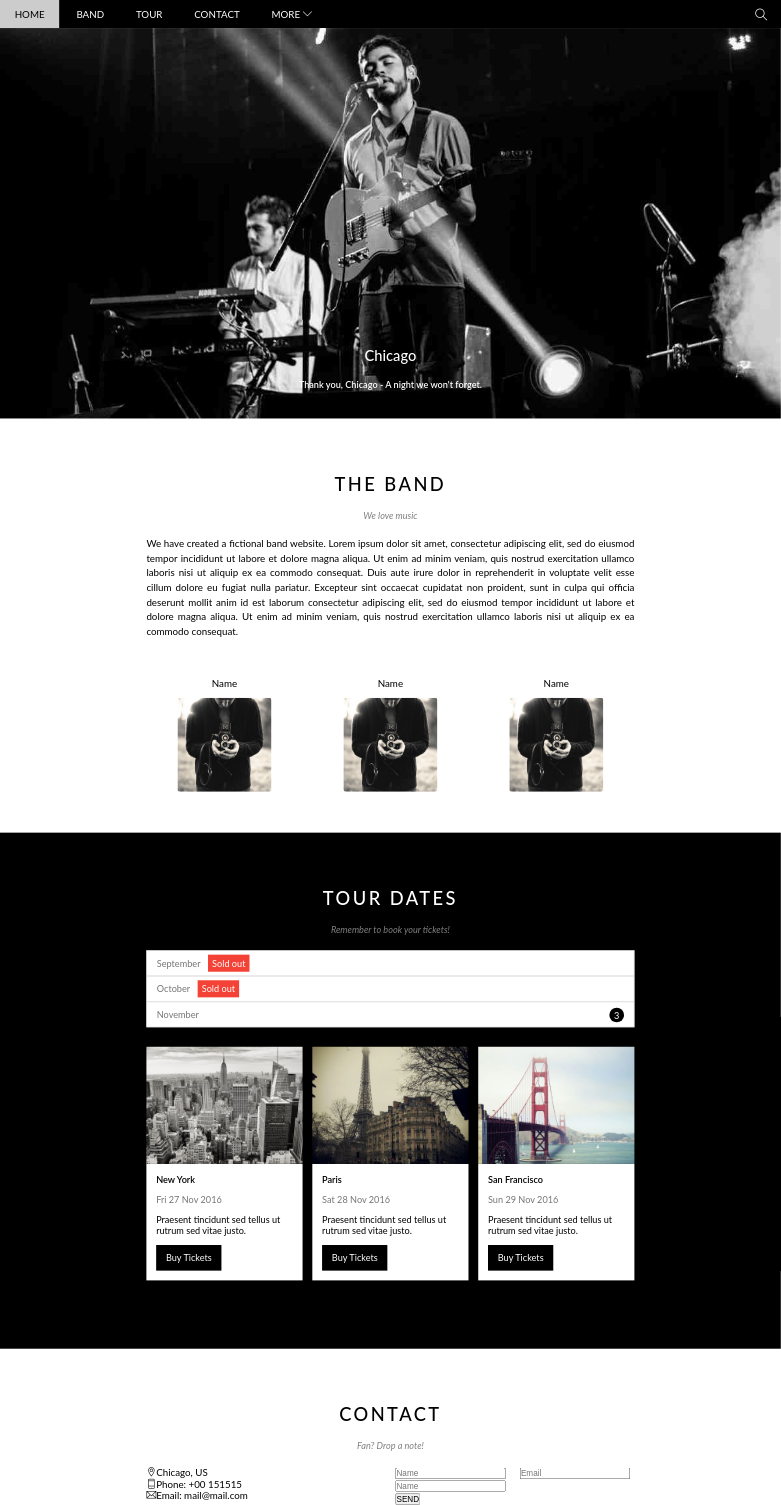
Repository: tatvanhco/web-dau-tay
Page: index.html
An editor plug-in stored every save of this project. The page is shown before and after the next save, followed by the edit.
The browser window is 1280 px wide. The pictures show the whole page, at 61% of full size.

Above is the page before, as saved 2022-01-23 21:12:58.

### index.html
<!DOCTYPE html>
<html lang="en">
<head>
    <meta charset="UTF-8">
    <!-- <meta http-equiv="X-UA-Compatible" content="IE=edge"> -->
    <meta name="viewport" content="width=device-width, initial-scale=1.0">
    <title>the band</title>
    <link rel="shortcut icon" href="./assets/img/band/logo.png" type="image/x-icon">
    <link rel="stylesheet" href="./assets/fronts/themify-icons/themify-icons.css">
    <link rel="stylesheet" href="./assets/css/style.css">
    <link rel="stylesheet" href="./assets/css/responsive.css">
</head>
<body>
    <div id="main">
        <div id="header">
            <ul id="nav">
                <li><a href="#">home</a></li>
                <li><a href="#">band</a></li>
                <li><a href="#">tour</a></li>
                <li><a href="#">contact</a></li>
                <li>
                    <a href="#">more
                        <i class="drop-down ti-angle-down"></i>
                    </a>
                    <div class="subnav">
                        <ul>
                            <li><a href="">Merchandise</a></li>
                            <li><a href="">Extras</a></li>
                            <li><a href="">Media</a></li>
                        </ul>
                    </div>
                </li>
            </ul>
            <div class="search-btn">
                <i class="search-icon ti-search"></i>
            </div>
        </div>
        <div id="slide">
            <div class="text-content">
                <h2 class="text-heading">Chicago</h2>
                <div class="text-desc">Thank you, Chicago - A night we won't forget.</div>
            </div>
        </div>
        <div id="content">
            <div class="content-section">
                <h2 class="section-heading">THE BAND</h2>
                <p class="section-sub-heading">We love music</p>
                <p class="about">
                    We have created a fictional band website. Lorem ipsum dolor sit amet, consectetur adipiscing elit, sed do eiusmod tempor incididunt ut labore et dolore magna aliqua. Ut enim ad minim veniam, quis nostrud exercitation ullamco laboris nisi ut aliquip ex ea commodo consequat. Duis aute irure dolor in reprehenderit in voluptate velit esse cillum dolore eu fugiat nulla pariatur. Excepteur sint occaecat cupidatat non proident, sunt in culpa qui officia deserunt mollit anim id est laborum consectetur adipiscing elit, sed do eiusmod tempor incididunt ut labore et dolore magna aliqua. Ut enim ad minim veniam, quis nostrud exercitation ullamco laboris nisi ut aliquip ex ea commodo consequat.
                </p>
                <div class="row team">
                    <div class="col col-3 text-center">
                        <p class="team-name">Name</p>
                        <img src="./assets/img/band/member.jpg" class="team-img">
                    </div>

                    <div class="col col-3 text-center">
                        <p class="team-name">Name</p>
                        <img src="./assets/img/band/member.jpg" class="team-img">
                    </div>

                    <div class="col col-3 text-center">
                        <p class="team-name">Name</p>
                        <img src="./assets/img/band/member.jpg" class="team-img">
                    </div>
                </div>
                <div class="clear"></div>
            </div>

            <div class="tour-section">
                <div class="content-section">
                    <h2 class="text-white section-heading">TOUR DATES</h2>
                    <p class="text-white section-sub-heading">Remember to book your tickets!</p>
                    <ul class="ticket-list">
                        <li>September<span class="soldout">Sold out</span></li>
                        <li>October<span class="soldout">Sold out</span></li>
                        <li>November<span class="quatity">3</span></li>
                    </ul>
                    <div class="row place-list">
                        <div class="col col-3">
                            <img src="./assets/img/places/place1.jpg" class="place-img">
                            <div class="place-body">
                                <h3 class="place-heading">New York</h3>
                                <p class="place-time">Fri 27 Nov 2016</p>
                                <p class="place-desc">Praesent tincidunt sed tellus ut rutrum sed vitae justo.</p>
                                <a href="#" class="place-buy-btn">Buy Tickets</a>
                            </div>
                        </div>
                        <div class="col col-3">
                            <img src="./assets/img/places/place2.jpg" class="place-img">
                            <div class="place-body">
                                <h3 class="place-heading">Paris</h3>
                                <p class="place-time">Sat 28 Nov 2016</p>
                                <p class="place-desc">Praesent tincidunt sed tellus ut rutrum sed vitae justo.</p>
                                <a href="#" class="place-buy-btn">Buy Tickets</a>
                            </div>
                        </div>
                        <div class="col col-3">
                            <img src="./assets/img/places/place3.jpg" class="place-img">
                            <div class="place-body">
                                <h3 class="place-heading">San Francisco</h3>
                                <p class="place-time">Sun 29 Nov 2016</p>
                                <p class="place-desc">Praesent tincidunt sed tellus ut rutrum sed vitae justo.</p>
                                <a href="#" class="place-buy-btn">Buy Tickets</a>
                            </div>
                        </div>
                        <div class="clear"></div>
                    </div>
                </div>
            </div>

            <div class="content-section">
                <h2 class="section-heading">CONTACT</h2>
                <p class="section-sub-heading">Fan? Drop a note!</p>
                <div class="row contact-content">
                    <div class="col col-2">
                        <p><i class="ti-location-pin"></i>Chicago, US</p>
                        <p><i class="ti-mobile"></i>Phone: +00 151515</p>
                        <p><i class="ti-email"></i>Email: mail@mail.com</p>
                    </div>
                    <div class="col col-2">
                        <form action="">
                            <div class="row">
                                <div class="col col-2">
                                    <input type="text" placeholder="Name" class="form-control">
                                </div>
                                <div class="col col-2">
                                    <input type="email" placeholder="Email" class="form-control">
                                </div>
                            </div>
                            <div class="row">
                                <div class="col col-full">
                                    <input type="text" placeholder="Name" class="form-control">
                                </div>
                            </div>
                            <input type="submit" value="SEND">
                        </form>
                    </div>
                </div>
            </div>

        </div>

        <div id="footer">

        </div>
    </div>
</body>
</html>

### assets/css/style.css
/* reset trang */
* {
    margin: 0;
    padding: 0;
    box-sizing: border-box;
}

body {
    font-family: "Lato", sans-serif;
}
/* dùng chung */
.clear {
    clear: both;
}

.text-white {
    color: #fff !important;
}

.text-center {
    text-align: center;
}

.row {
    margin-left: -8px;
    margin-right: -8px;
}

.col {
    float: left;
    padding-left: 8px;
    padding-right: 8px;
}

.col-3 {
    width: 33.33333%;
}

.col-2 {
    width: 50%;
}

.col-full {
    width: 100%;
}
/* css từng thành phần */
#header {
    width: 100%;
    height: 46px;
    background-color: #000;
    position: fixed;
    top: 0;
    left: 0;
    right: 0;
    z-index: 1;
}
#nav {
    display: inline-block;
}

#nav > li {
    display: inline-block;
}

#nav li {
    position: relative;
    list-style-type: none;
}

#nav > li > a {
    color: #fff;
    text-transform: uppercase;
}

#nav li a {
    text-decoration: none;
    padding: 0 24px;
    line-height: 46px;
    display: block;

}

#nav li:hover .subnav {
    display: block;
}

#nav .subnav li:hover a,
#nav > li:hover > a {
    background-color: #ccc;
    color: #000;
}

#nav .subnav {
    display: none;
    min-width: 160px;
    position: absolute;
    top: 100%;
    left: 0;
    background-color: #fff;
    box-shadow: 0 0 10px rgba(0, 0, 0, 0.3);
}

#nav .subnav a {
    color: #000;
    padding: 0px 24px;
    line-height: 38px;
}

#header .search-btn {
    float: right;
    padding: 0 22px;
    cursor: pointer;
}

#header .search-btn:hover {
    background-color: #f44336;
}

#header .search-icon {
    color: #fff;
    font-size: 20px;
    line-height: 46px;
}

#slide {
    position: relative;
    margin-top: 46px;
    padding-top: 50%;
    background: url(/assets/img/slider/chicago.jpg) top center / cover no-repeat;
}

#slide .text-content {
    color: #fff;
    position: absolute;
    bottom: 47px;
    /* cách canh giữa
    left: 50%;
    transform: translateX(-50%); */
    width: 100%;
    text-align: center;
}

#slide .text-heading {
    font-weight: 500;
    font-size: 24px;
}

#slide .text-desc {
    font-weight: 600;
    margin-top: 25px;
    font-size: 15px;
}

#content {

}

#content .content-section {
    max-width: 800px;
    margin-left: auto;
    margin-right: auto;
    padding: 64px 0;
}

#content .section-heading,
#content .section-sub-heading {
    text-align: center;
    margin: 25px 0;
}

#content .section-heading {
    font-size: 30px;
    font-weight: 500;
    letter-spacing: 4px;
}

#content .section-sub-heading {
    font-size: 15px;
    opacity: 0.5;
    font-style: italic;
}

#content .about {
    text-align: justify;
    line-height: 1.5;
}

#content .team {
    margin-top: 48px;
}

#content .team-name {
    margin: 15px 0;
}

#content .team-img {
    width: 60%;
    border-radius: 4px;
    text-align: center;
}

.tour-section {
    background-color: #000;
}

.ticket-list {
    background-color: #fff;
}

.ticket-list li {
    color: #757575;
    list-style-type: none;
    font-size: 15px;
    border: 1px solid #ddd;
    padding: 11px 16px;
}

.ticket-list .soldout {
    color: #fff;
    margin-left: 12px;
    padding: 5px 7px;
    background-color: #f44336;
}

.ticket-list .quatity {
    float: right;
    width: 24px;
    height: 24px;
    border-radius: 50%;
    background-color: #000;
    color: #fff;
    text-align: center;
    line-height: 24px;
    margin-top: -2px;
}

.place-list {
    /* margin: 32px 48px; */
    margin-top: 32px;
    margin-bottom: 48px;
}

.place-img {
    width: 100%;
    display: block;
}

.place-img:hover {
    opacity: 0.6;
}

.place-body {
    background-color: #fff;
    padding: 16px;
    font-size: 15px;
}

.place-heading {
    font-size: 15px;
    font-weight: 600;
}

.place-time {
    color: #757575;
    margin-top: 15px;
}

.place-desc {
    margin-top: 15px;
}

.place-buy-btn {
    color: #fff;
    background-color: #000;
    text-decoration: none;
    padding: 12px 16px;
    margin-top: 15px;
    display: inline-block;
}

.place-buy-btn:hover {
    color: #000;
    background-color: #ccc;
}

Loaded but not shown: assets/fronts/themify-icons/themify-icons.css (common file); assets/css/responsive.css (no copy from this time; the picture is the same without it)

After the next save:
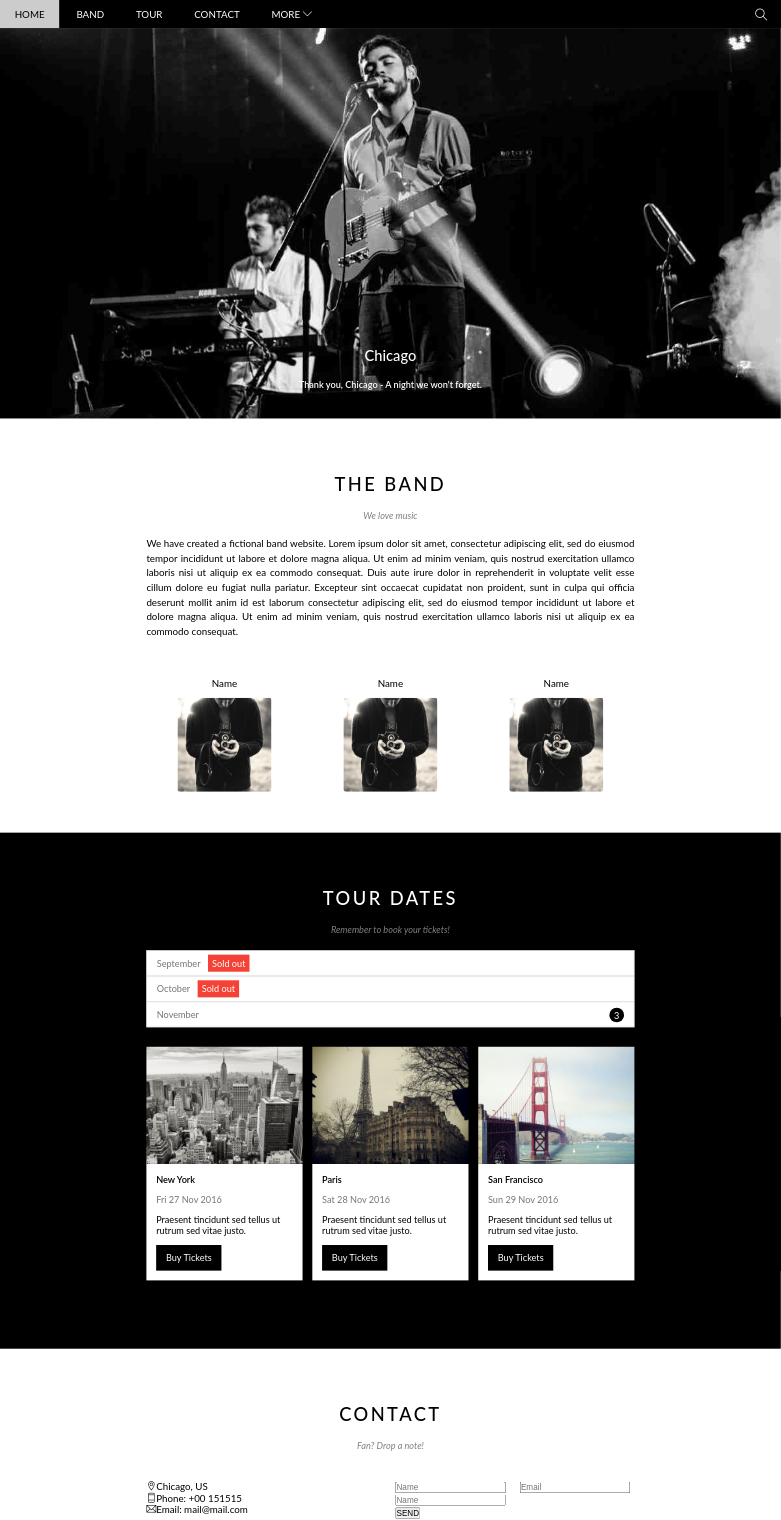
Saved 44 s later.
--- a/assets/css/style.css
+++ b/assets/css/style.css
@@ -282,3 +282,8 @@ body {
     color: #000;
     background-color: #ccc;
 }
+
+/* contact-form */
+.contact-content {
+    margin-top: 48px;
+}
